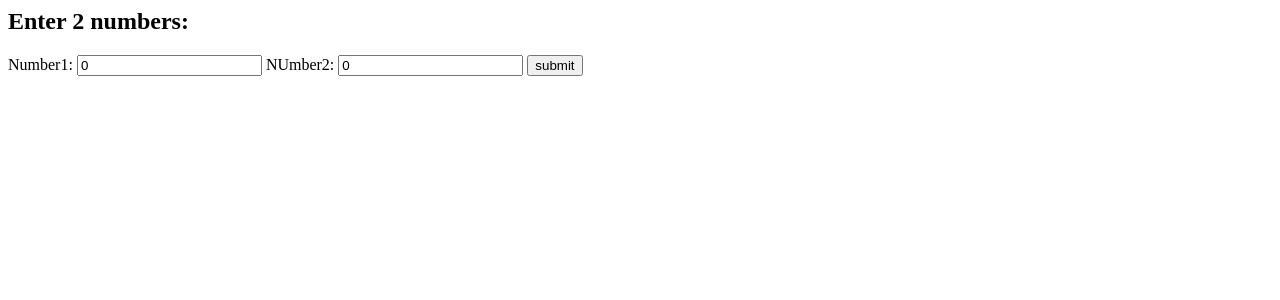
Repository: Pranathi99/ServletDemos
Page: servletBasics1/src/main/webapp/numbers.html
These files come from the project's save history. The page is drawn as it stood at one moment and after the next save; the edit follows.
The browser window is 1280 px wide. The pictures show the whole page.

Above is the page before, as saved 2023-03-09 07:19:02.

After the next save:
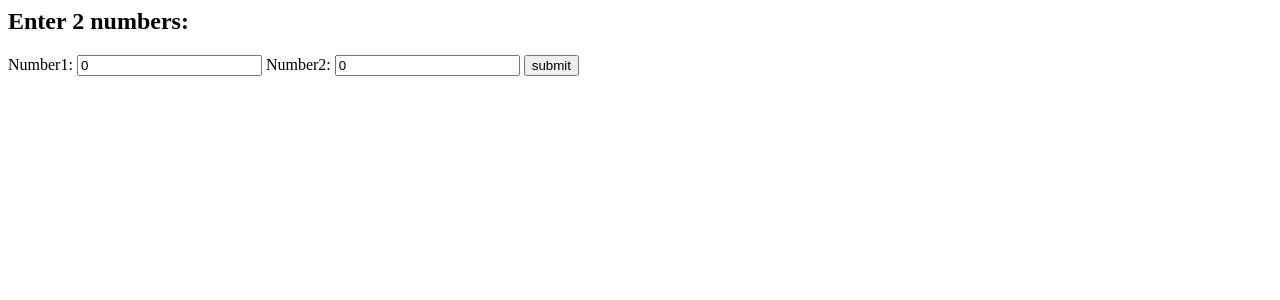
Saved 30 s later.
--- a/servletBasics1/src/main/webapp/numbers.html
+++ b/servletBasics1/src/main/webapp/numbers.html
@@ -3,7 +3,7 @@
 		<h2>Enter 2 numbers:</h2>
 		<form action="add">
 			Number1: <input type="text" name="number1" value="0"/>
-			NUmber2: <input type="text" name="number2" value="0"/>
+			Number2: <input type="text" name="number2" value="0"/>
 			<input type="submit" value="submit" />
 		</form>
 	</body>
